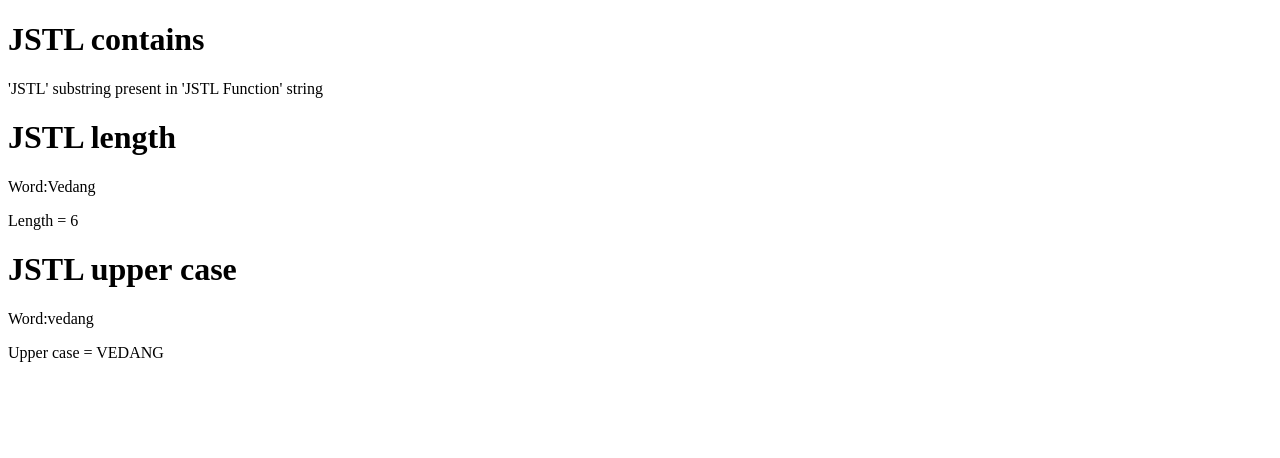
Repository: vedang03/servlet-jsp
Page: http://localhost/07-JSTL-functions/test.jsp
These files come from the project's save history. The page is drawn as it stood at one moment and after a run of saves; the edit follows.
The browser window is 1280 px wide. The pictures show the whole page.
The page is served by Tomcat 9.

Above is the page before, as saved 2023-10-12 17:35:57.

After the next 2 saves:
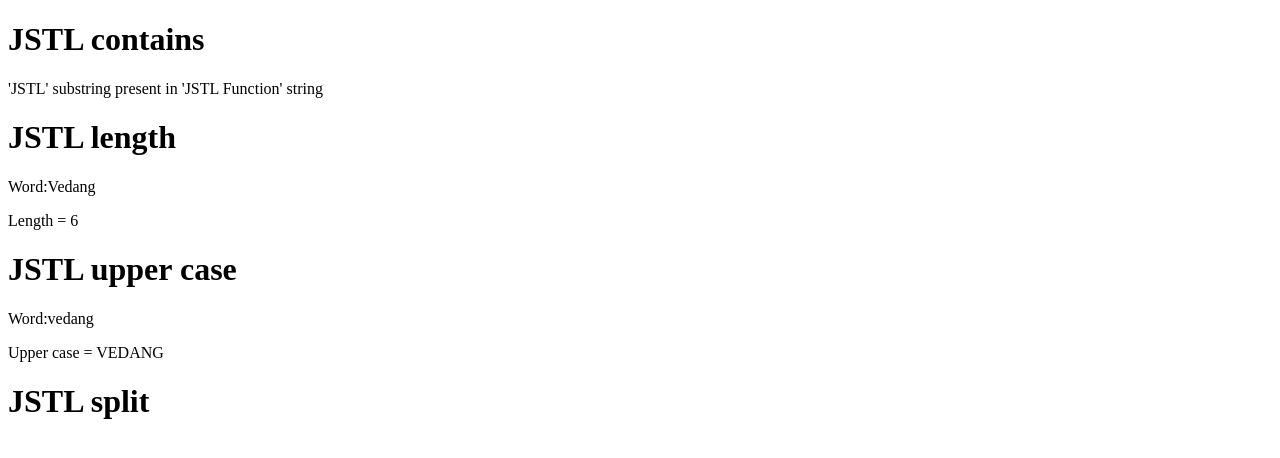
The 2 saves are shown as one change because 1 did not build or start.
The last was saved 7 min 9 s later.
--- a/07-JSTL-functions/WebContent/test.jsp
+++ b/07-JSTL-functions/WebContent/test.jsp
@@ -26,5 +26,10 @@ Length = ${fn:length(str)}
 <c:set var="str" value="vedang" />
 <p>Word:vedang</p>
 Upper case =  ${fn:toUpperCase(str)}
+
+<h1>JSTL split</h1>
+<c:set var="str" value="JSTL example of split"></c:set>
+<c:set var="split" value="${fn:split(str,' ')} "></c:set>
+<c:forEach var="x" begin="0" end="6"></c:forEach>
 </body>
 </html>
